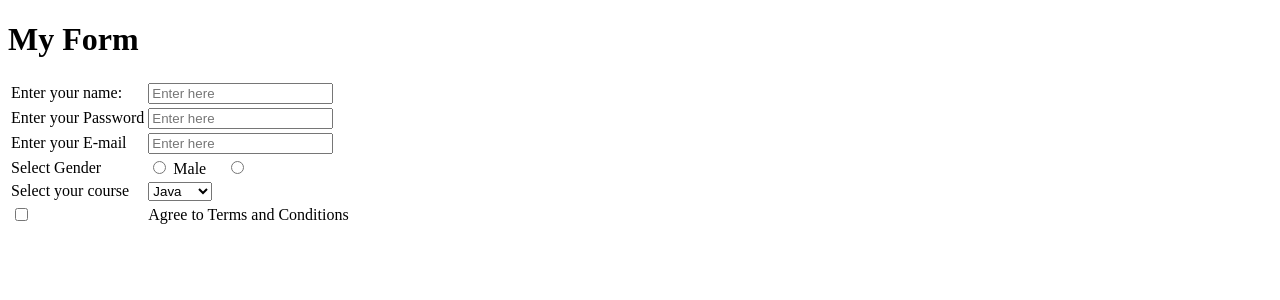
Repository: Amit7Akt/EJB
Page: FormSubmission/src/main/webapp/index.html
These files come from the project's save history. The page is drawn as it stood at one moment and after the next save; the edit follows.
The browser window is 1280 px wide. The pictures show the whole page.

Above is the page before, as saved 2022-11-22 06:37:30.

### FormSubmission/src/main/webapp/index.html
<!DOCTYPE html>
<html lang = "en">
	<head>
		<meta charset= "UTF-8">
		<title>Form Page</title>
	</head>
	<body>
		<div class = "container">
			<h1> My Form</h1>
			<form action = "RegisterServlet " mehod = "post">
				<table>
					<tr>
						<td>Enter your name:</td>
						<td> <input type = "text" name = "user_name" placeholder = "Enter here"/> </td>
					</tr>
					<tr>
						<td>Enter your Password	</td>
						<td><input type = "Password" name = "user_password" placeholder= "Enter here"/></td>
					</tr>
					<tr>
						<td>Enter your E-mail</td>
						<td><input type = "email" name = "user_name" placeholder = "Enter here" /> </td>
					</tr>

					<tr>
						<td> Select Gender</td>
						<td> <input type = "radio" name = "user_gender" value = "male"> Male &nbsp; &nbsp; <input type = "radio" name = "user_gender" value = "female"></td>
					</tr>

					<tr>
						<td>
							Select your course
						</td>
						<td>
							<select name = "user_course" >
								<option value ="Java"> Java</option>
								<option value = "Php"> Php </option>
								<option value = "Python"> Python </option>
								<option value = "Ruby">Ruby </option>
							</select>
						</td>
					</tr>

					<tr>
						<td style = "text_align: center">
							<input type = "checkbox" value= "checked" name = "condition" />
						</td>
						<td>
							Agree to Terms and Conditions
						</td>
				</table>

			</form>

		</div>

	</body>

</html>

After the next save:
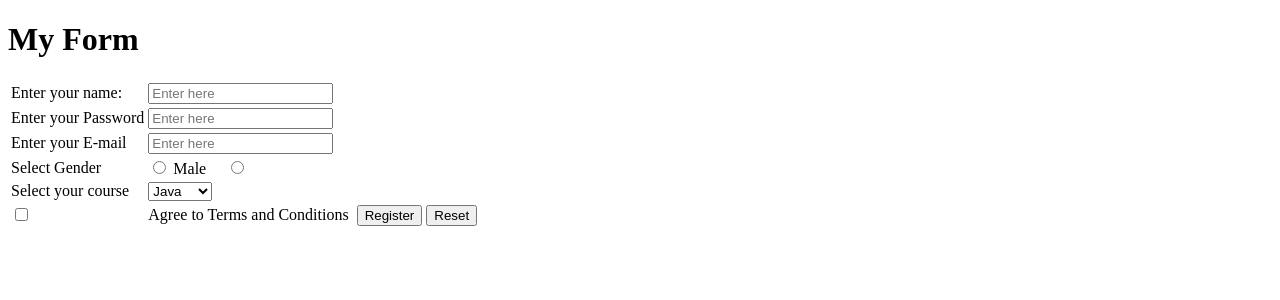
Saved 2 min 19 s later.
--- a/FormSubmission/src/main/webapp/index.html
+++ b/FormSubmission/src/main/webapp/index.html
@@ -48,6 +48,19 @@
 						<td>
 							Agree to Terms and Conditions
 						</td>
+
+						<td>
+
+						</td>
+
+						<td>
+							<button type = "submit"> Register</button>
+							<button type = "reset"> Reset</button>
+						</td>
+
+
+
+
 				</table>
 
 			</form>
